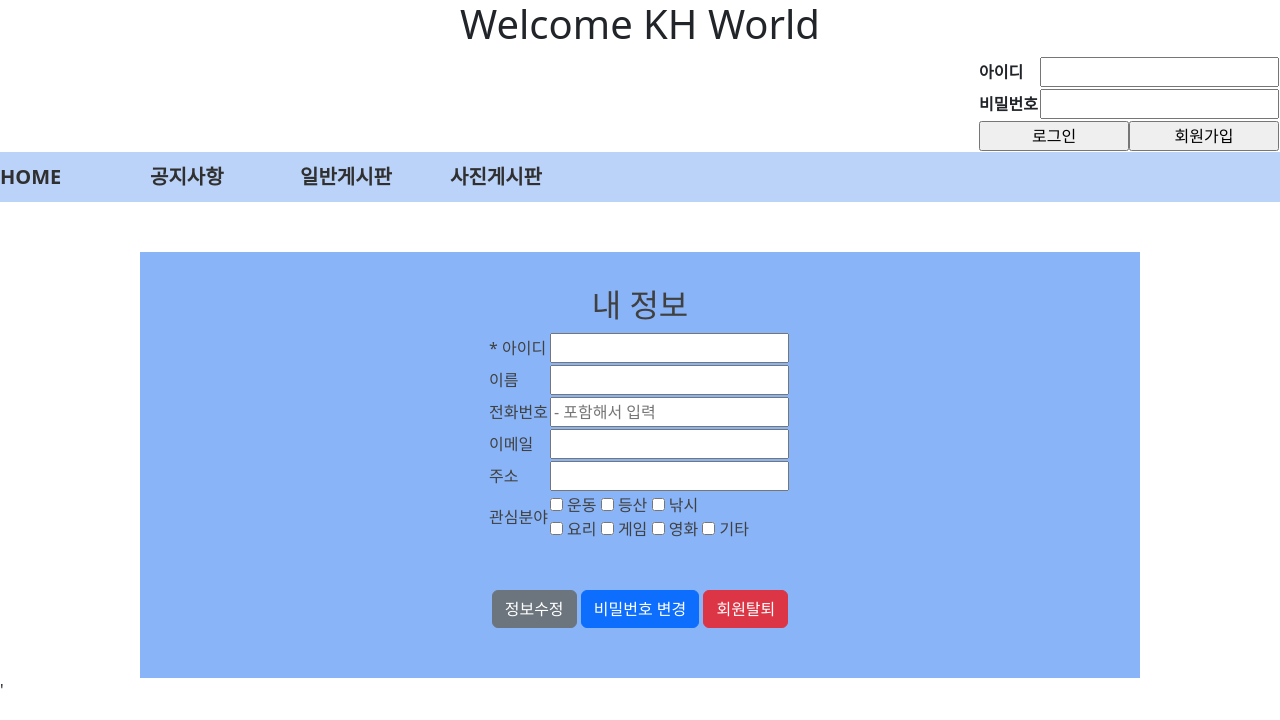
Repository: HwangInTae82/JSPProject
Page: http://localhost/jspProject/views/member/myPage.jsp
The author's editor kept a copy of each file at every save. The page is drawn from the files as they stood at one save, then again after the next save.
The browser window is 1280 px wide. The pictures show the whole page.
The page is served by Tomcat 10. Nobody is signed in. The application's start-up code is not run.

Above is the page before, as saved 2025-02-26 05:46:32.

After the next save:
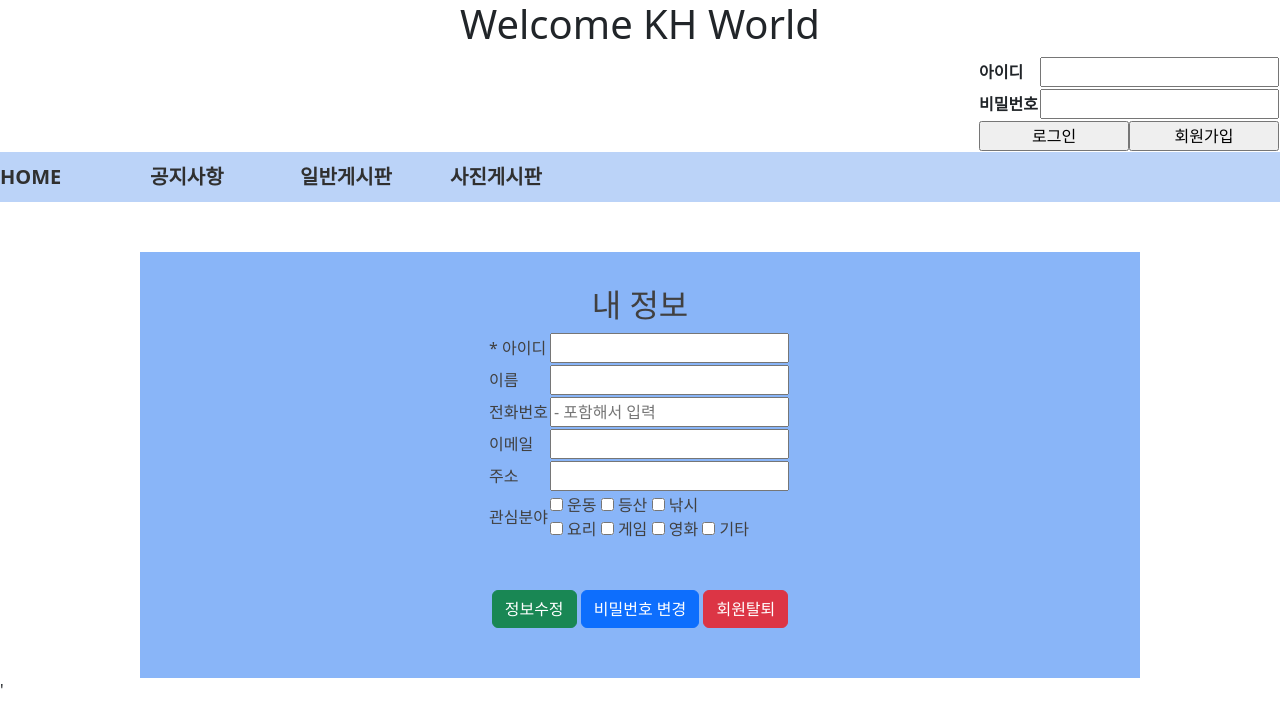
Saved 31 s later.
--- a/jspProject/src/main/webapp/views/member/myPage.jsp
+++ b/jspProject/src/main/webapp/views/member/myPage.jsp
@@ -128,7 +128,7 @@
                     <br><br>
 
                     <div align="center">
-                        <button type="submit" class="btn btn-small btn-secondary">정보수정</button>
+                        <button type="submit"  class="btn btn-success">정보수정</button>
                         <button type="button" class="btn btn-small btn-primary" data-bs-toggle="modal" data-bs-target="#updatemyModal">비밀번호 변경</button>
                         <button type="button" class="btn btn-small btn-danger">회원탈퇴</button>
                     </div>
